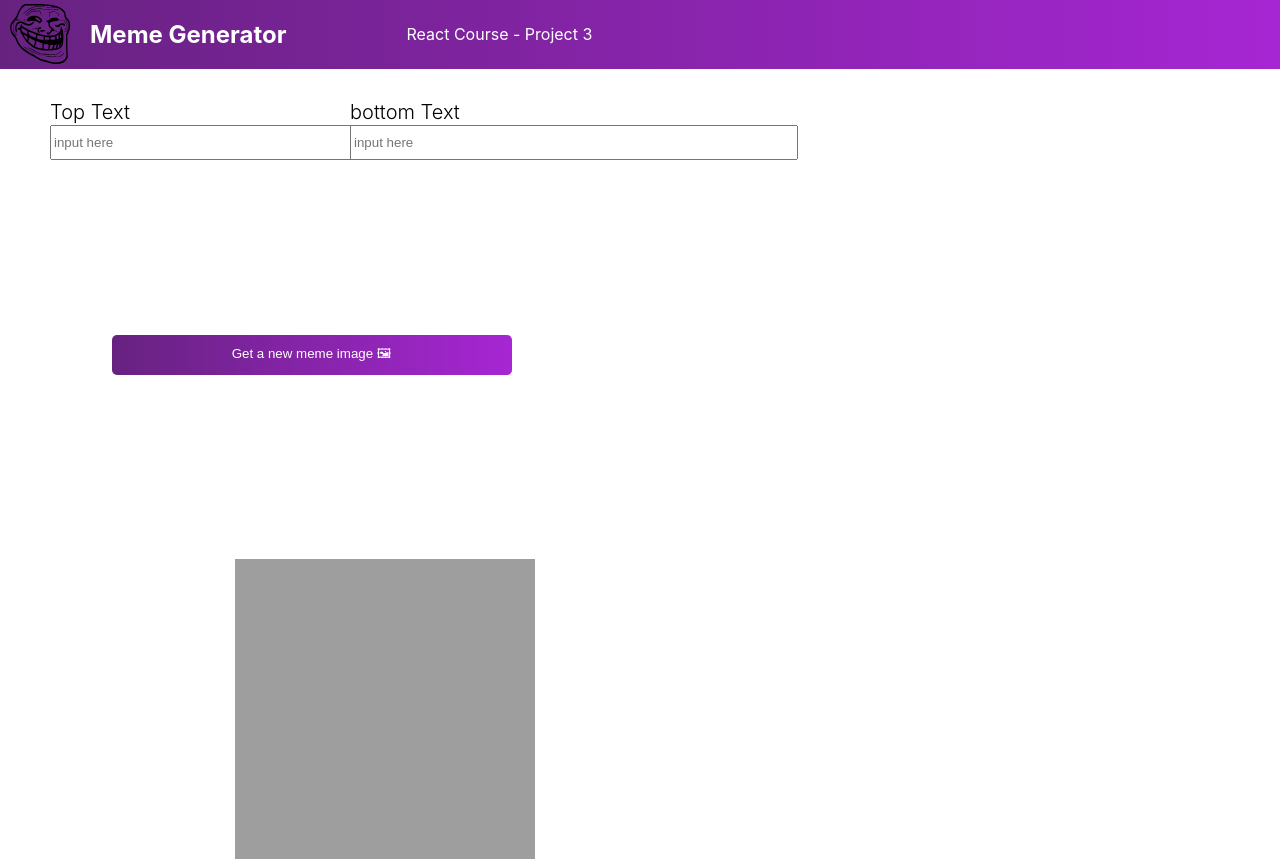
Repository: mortiestmorty1/meme-generator-react
Page: /
The author's editor kept a copy of each file at every save. The page is drawn from the files as they stood at one save, then again after the next save.
The browser window is 1280 px wide. The pictures show the whole page.
Pictures or frames that could not be fetched are drawn as grey boxes. The project was rebuilt for these pictures with package versions that can differ from the ones it lists, and the page was loaded fresh each time. Also part of the build but not shown: src/components/box.js.

Above is the page before, as saved 2024-01-20 22:21:40.

### src/index.js
import React from 'react';
import ReactDOM from 'react-dom/client';
import './index.css';
import App from './App';
import reportWebVitals from './reportWebVitals';

const root = ReactDOM.createRoot(document.getElementById('root'));
root.render(
  <React.StrictMode>
    <App darkMode={false}/>
  </React.StrictMode>
);

// If you want to start measuring performance in your app, pass a function
// to log results (for example: reportWebVitals(console.log))
// or send to an analytics endpoint. Learn more: https://bit.ly/CRA-vitals
reportWebVitals();

### src/index.css
body {
  margin: 0;
  font-family: -apple-system, BlinkMacSystemFont, 'Segoe UI', 'Roboto', 'Oxygen',
    'Ubuntu', 'Cantarell', 'Fira Sans', 'Droid Sans', 'Helvetica Neue',
    sans-serif;
  -webkit-font-smoothing: antialiased;
  -moz-osx-font-smoothing: grayscale;
}

code {
  font-family: source-code-pro, Menlo, Monaco, Consolas, 'Courier New',
    monospace;
}
* {
  box-sizing: border-box;
  }

### src/App.js

import './App.css';
import React from "react";
import Navbar from "./components/Navbar";
import Inputs from "./components/inputs";
import { useState } from 'react';
import boxes from "./components/boxes";
import Box from "./components/box";

function App(props) {
 const [name , setname] = useState({
 email:"",
  password:"",
  confirm:"",
  newsletter:false
  })

function handleChange(event) {
  const {name , value , type , checked} = event.target
  setname(prevname => ({
    ...prevname,
    [name]: type === "checkbox" ? checked : value
  }));
}
function handleSubmit(event) {
  event.preventDefault()
  if(name.password !== name.confirm)
  return alert("passwords must match")
else{
  console.log("success")
  if(name.newsletter === true)
  return alert("you have subscribed to our newsletter")
}
}

  return (
    <div className="App">
      <Navbar />
      <Inputs />
    </div>
  );
}

export default App;

### src/App.css
.nav-container {
  display: flex;
  justify-content: space-between;
  align-items: center;
  background: linear-gradient(to right, #672280,#A626D3);
  }
  .image{
    width: 60px;
    height: 60px;
    margin-left: 10px;
  }
  .navbar{
    display: flex;
    justify-content: space-around;
    align-items: center;
    margin-right: 10px;
    color: white;
  }
  .navbar h1{
    margin-right: 20px;
    margin-left: 20px;
  }
  .info{
    margin-left: 100px;
  }
  .inputs-container{
    margin-left: 50px;
    margin-top: 20px;
    font-size: 20px;
    font-weight: 300;
  }
  .top{
    position: absolute;
    top: 100px;
  }
  .bottom{
    position: absolute;
    margin-left: 300px;
    top: 100px;
  }
  .topinput{
    position: absolute;
    top: 125px;
    height: 35px;
    width: 35%;
  }
  .bottominput{
    position: absolute;
    top: 125px;
    margin-left: 300px;
    height: 35px;
    width: 35%;
  }
  .generate{
    margin-left: 5%;
    margin-top: 20%;
    background: linear-gradient(to right, #672280,#A626D3);
    color: white;
    border: none;
    border-radius: 5px;
    width: 400px;
    height: 40px;
  }
  .memeimage{
    margin-left: 15%;
    margin-top: 15%;
    width: 300px;
    height: 300px;
  }
  .box{
    width: 100px;
    height: 100px;
    border: 1px solid black;
    display: inline-block;
    margin-right: 10px;
  }
  .top-text{
    position: absolute;
    top: 300px;
    left: 15%;
    width: 300px;
    height: 300px;
    font-size: 30px;
    font-weight: 700;
    color: white;
    text-align: center;
    text-shadow: 2px 2px black;
  }
  .bottom-text{
    position: absolute;
    top: 400px;
    left: 15%;
    width: 300px;
    height: 300px;
    font-size: 30px;
    font-weight: 700;
    color: white;
    text-align: center;
    text-shadow: 2px 2px black;
  }

### src/components/Navbar.js
import React from "react";
import Troll from "./Troll-Face.svg";
import "../App.css";
function Navbar(){
    return(
        <div className="nav-container">
            <nav className="navbar">
                <img src={Troll} className="image" alt="Troll Face" />
                <h1>Meme Generator</h1>
                <section className="info">
                    <p>React Course - Project 3</p>
                </section>
            </nav>
        </div>
    )
}

export default Navbar;

### src/components/inputs.js
import React from "react";
import "../App.css";
import Meme from "./meme.js";
import { useState } from "react";
function Inputs(){
    const [Allmemeimage , setAllmemeimage] = useState(Meme)
    const [newmeme , setNewmeme] = useState({
        topText:"",
        bottomText:"",
        memeimage:"https://png.pngtree.com/png-vector/20231222/ourlarge/pngtree-do-not-press-this-button-sign-vector-png-image_11376553.png"
    })
    function handleClick () {

        const memearray = Allmemeimage
        const random = Math.floor(Math.random() * memearray.length)
        const url = memearray[random].url
        setNewmeme(prevmeme =>({
            ...prevmeme,
            memeimage:url
        }))
    }
    function handleChange(event) {
        const {name , value} = event.target
        setNewmeme(prevmeme => ({
            ...prevmeme,
            [name]: value
        }))
    }
    return(
        <div className="inputs-container">
            <div className="inputs">
                <label className="top">Top Text</label>
                <input
                className="topinput"
                type="text"
                placeholder="input here"
                onChange={handleChange}
                 name="topText"
                 value={newmeme.topText} />
                <label className="bottom">bottom Text</label>
                <input
                className="bottominput"
                type="text"
                placeholder="input here"
                onChange={handleChange}
                name="bottomText"
                value={newmeme.bottomText}  />
                <button className="generate" onClick={handleClick}>Get a new meme image  🖼</button>
            </div>
            < img src={newmeme.memeimage} className="memeimage" alt="meme" />
            <h2 className="top-text">{newmeme.topText}</h2>
            <h2 className="bottom-text">{newmeme.bottomText}</h2>
        </div>
    )
}

export default Inputs;

### src/components/boxes.js
export default [
    {
        id:1,
        on : false
    }
    ,
    {
        id:2,
        on : true
    }
    ,
    {
        id:3,
        on : false
    }
    ,
    {
        id:4,
        on : true
    }
    ,
    {
        id:5,
        on : false
    }
    ,
    {
        id:6,
        on : true
    }
    ,
    {
        id:7,
        on : false
    }
    ,
    {
        id:8,
        on : true
    }
    ,
    {
        id:9,
        on : false
    }
    ,
    {
        id:10,
        on : true
    }
]

### src/components/meme.js

export default [
    {
        id: 1,
        name: "Drake",
        url: "https://i.imgflip.com/30b1gx.jpg",
        width: 1200,
        height: 1200
    },
    {
        id: 2,
        name: "Distracted Boyfriend",
        url: "https://i.imgflip.com/1ur9b0.jpg",
        width: 1200,
        height: 800
    },
    {
        id: 3,
        name: "Two Buttons",
        url: "https://i.imgflip.com/1g8my4.jpg",
        width: 600,
        height: 908
    },
    {
        id: 4,
        name: "Mocking Spongebob",
        url: "https://i.imgflip.com/1otk96.jpg",
        width: 502,
        height: 353
    },
    {
        id: 5,
        name: "Expanding Brain",
        url: "https://i.imgflip.com/1jwhww.jpg",
        width: 857,
        height: 1202
    },
    {
        id: 6,
        name: "Roll Safe Think About It",
        url: "https://i.imgflip.com/1h7in3.jpg",
        width: 600,
        height: 600
    },
    {
        id: 7,
        name: "Change My Mind",
        url: "https://i.imgflip.com/24y43o.jpg",
        width: 482,
        height: 361
    },
    {
        id: 8,
        name: "Is This A Pigeon",
        url: "https://i.imgflip.com/1o00in.jpg",
        width: 857,
        height: 1202
    },
    {
        id: 9,
        name: "Batman Slapping Robin",
        url: "https://i.imgflip.com/9ehk.jpg",
        width: 400,
        height: 387
    },
   {
        id: 10,
        name: "One Does Not Simply",
        url: "https://i.imgflip.com/1bij.jpg",
        width: 568,
        height: 335
    },
    {
        id: 11,
        name: "Philosoraptor",
        url: "https://i.imgflip.com/1bgs.jpg",
        width: 400,
        height: 400
    },
    {
        id: 12,
        name: "Waiting Skeleton",
        url: "https://i.imgflip.com/2fm6x.jpg",
        width: 500,
        height: 500
    },
    {
        id: 13,
        name: "X, X Everywhere",
        url: "https://i.imgflip.com/1ihzfe.jpg",
        width: 500,
        height: 610
    },
    {
        id: 14,
        name: "Futurama Fry",
        url: "https://i.imgflip.com/1bgw.jpg",
        width: 553,
        height: 439
    },
    {
        id: 15,
        name: "Ancient Aliens",
        url: "https://i.imgflip.com/26am.jpg",
        width: 500,
        height: 437
    },
    {
        id: 16,
        name: "That Would Be Great",
        url: "https://i.imgflip.com/1bh8.jpg",
        width: 500,
        height: 500
    },
    {
        id: 17,
        name: "Unsettled Tom",
        url: "https://i.imgflip.com/2wifvo.jpg",
        "width": 500,
        "height": 654
    },
    {
        id : 18,
        name: "Boardroom Meeting Suggestion",
        url: "https://i.imgflip.com/m78d.jpg",
        width: 625,
        height: 415
    },
]

Loaded but not shown: public/index.html (common file); src/reportWebVitals.js (common file)

After the next save:
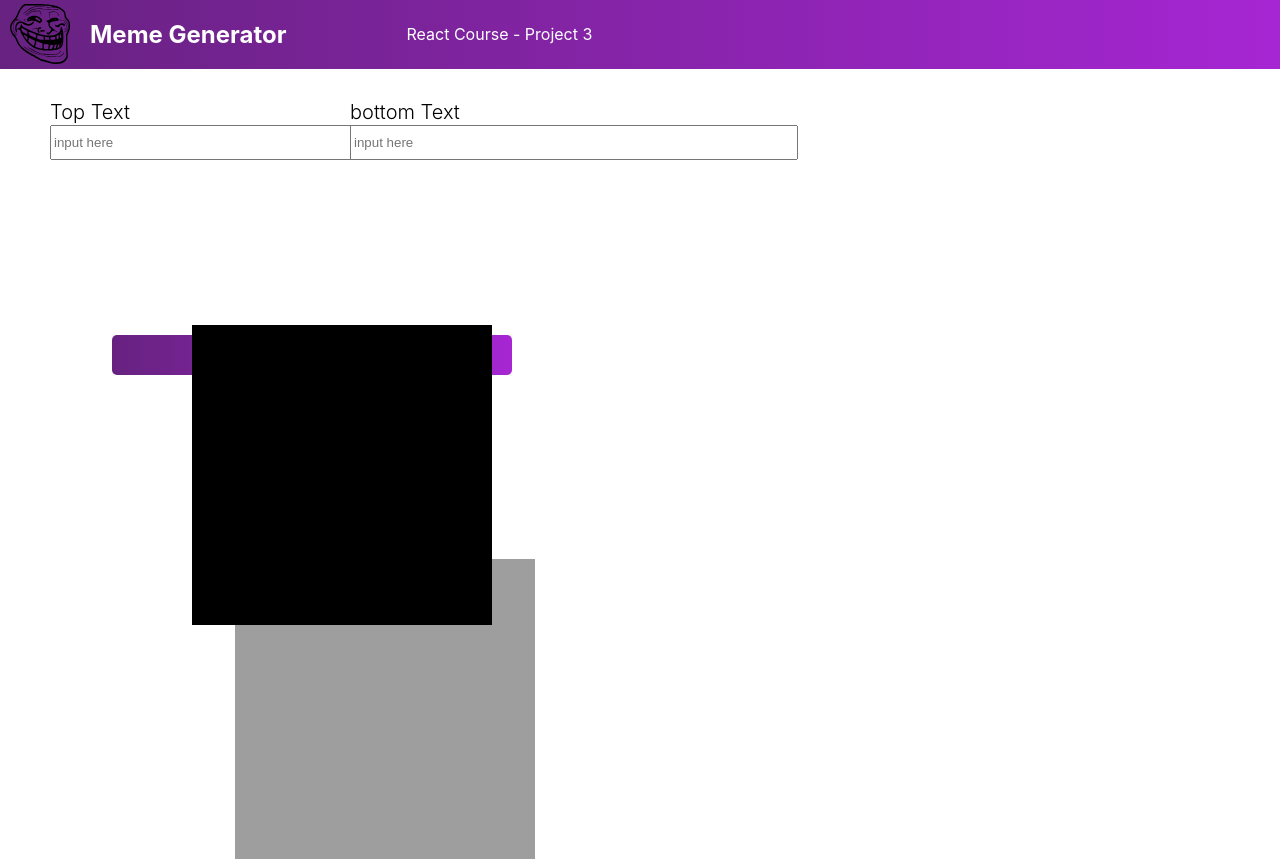
Saved 43 s later.
--- a/src/App.css
+++ b/src/App.css
@@ -84,7 +84,7 @@
     font-weight: 700;
     color: white;
     text-align: center;
-    text-shadow: 2px 2px black;
+    background-color: black;
   }
   .bottom-text{
     position: absolute;

After the save that followed:
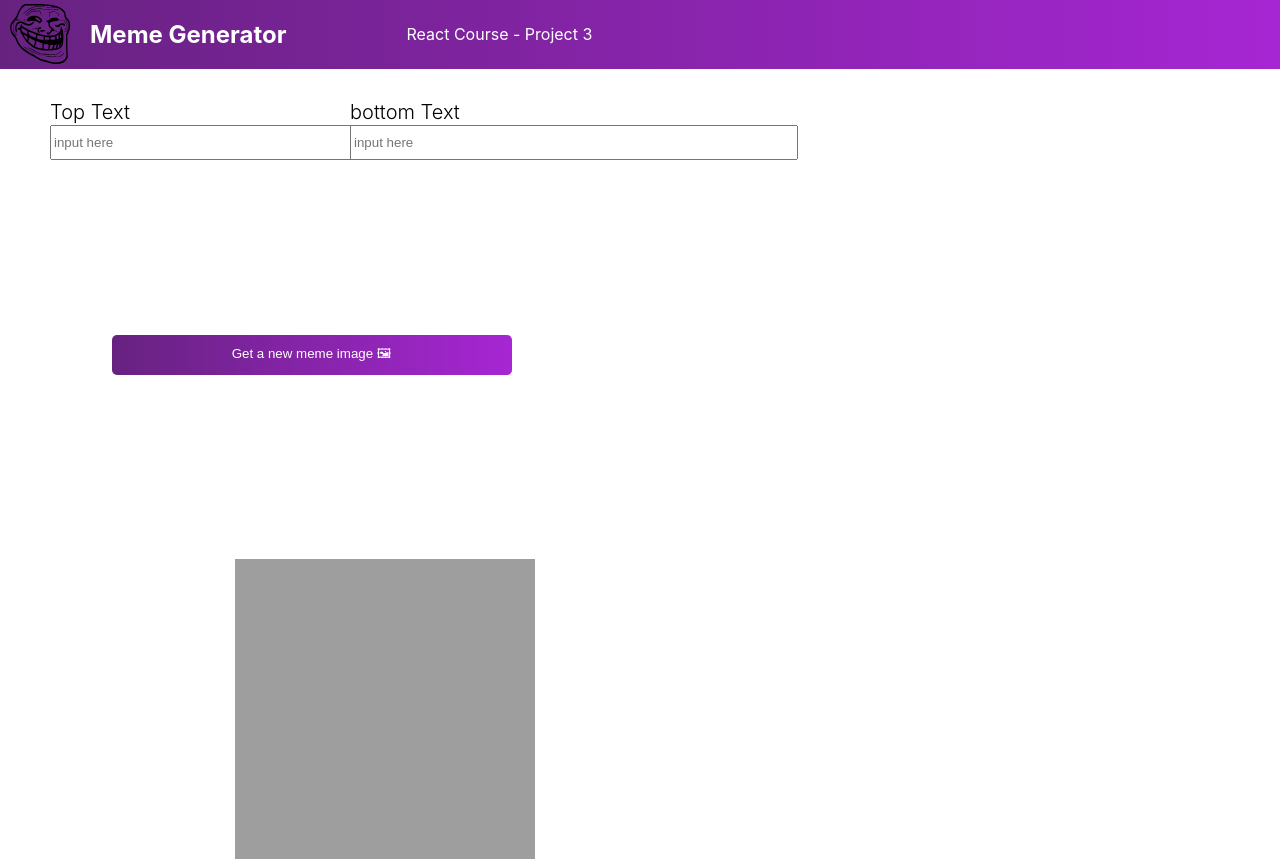
Saved 6 s later.
--- a/src/App.css
+++ b/src/App.css
@@ -84,7 +84,7 @@
     font-weight: 700;
     color: white;
     text-align: center;
-    background-color: black;
+
   }
   .bottom-text{
     position: absolute;
